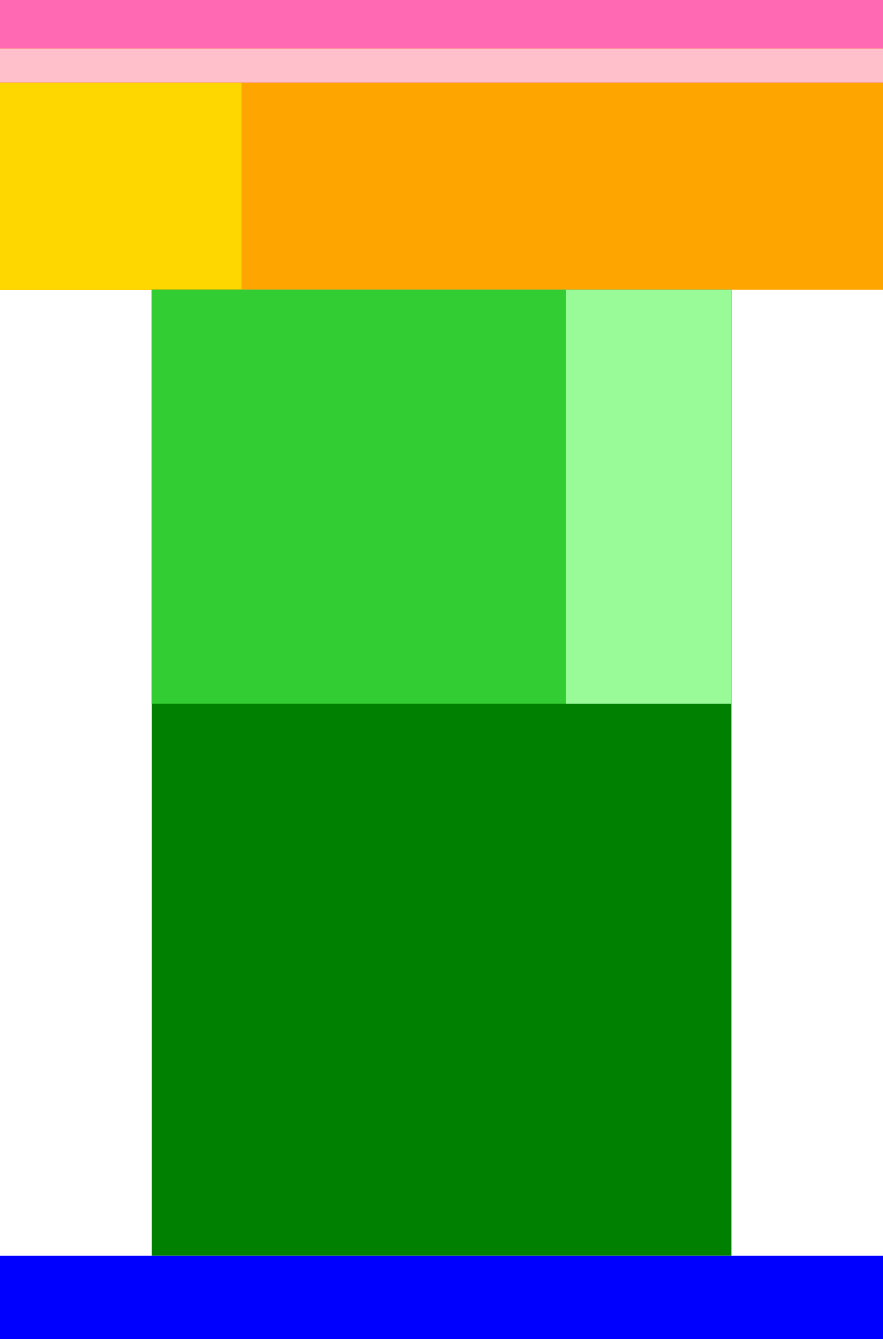
Repository: mitoma99/task4
Page: caravan/index.html
The author's editor kept a record of every edit. The page is drawn from the files as they stood at one moment, then again after the next edit.
The browser window is 1280 px wide. The pictures show the whole page, at 69% of full size.

Above is the page before.

### caravan/index.html
<!DOCTYPE html>
<html lang="ja">
  <head>
    <meta charset="UTF-8" />
    <!-- CSSファイルの読み込み -->
    <link rel="stylesheet" href="style.css" />
    <title>CARAVAN</title>
  </head>

  <body>
    <!--header用のdiv-->
    <div class="header">
      <div class="header-top"></div>
      <div class="header-bottom"></div>
    </div>

    <!--main-visual用のdiv-->
    <div class="main-visual">
      <div class="main-visual-content"></div>
    </div>

    <!--main用のdiv-->
    <div class="main">
      <div class="biog"></div>
      <div class="sidebar"></div>
    </div>

    <!--footer用のdiv-->
    <div class="footer"></div>
  </body>
</html>

### caravan/style.css
/* ブラウザがそれぞれ持っているCSSをリセットするための記述 */
* {
  margin: 0;
  padding: 0;
  box-sizing: border-box;
}

.header{
  width:100%;/*横幅いっぱい*/
  height:120px;/*高さ120px*/
  background-color:red;/*背景色red*/
}

.header-top{
  width:100%;
  height:70px;
  background-color:hotpink;
}

.header-bottom{
  width:100%;
  height:50px;
  background-color:pink;
}

.main-visual{
  width:100%;/*横幅いっぱい*/
  height:300px;/*高さ300px*/
  background-color:orange;/*背景色orenge*/
}

.main-visual-content{
  width:350px;
  height:300px;
  background-color:gold;
}

.main{
  width:840px;
  height:1400px;
  background-color:green;
  display:flex;
  justify-content:center;
  margin:0 auto;
}

.biog{
  width:600px;
  height:600px;
  background-color:limegreen;
}

.sidebar{
  width:240px;
  height:600px;
  background-color:palegreen;
}
.footer{
  width:100%;
  height:120px;
  background-color:blue;
}

After the next edit:
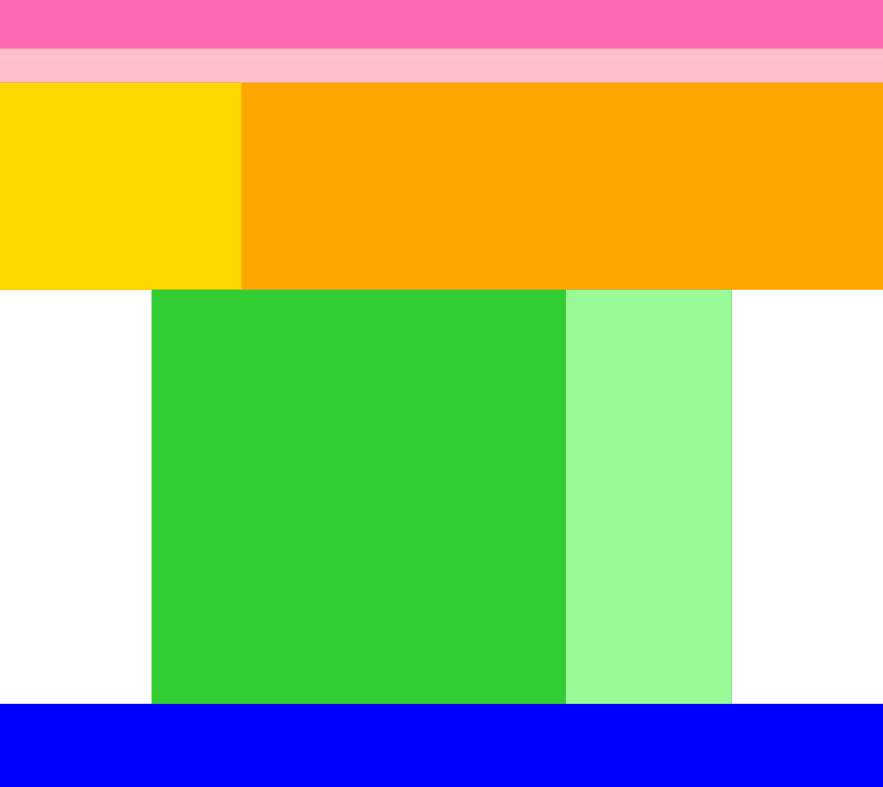
The edit:
--- a/caravan/style.css
+++ b/caravan/style.css
@@ -37,7 +37,6 @@
 
 .main{
   width:840px;
-  height:1400px;
   background-color:green;
   display:flex;
   justify-content:center;
